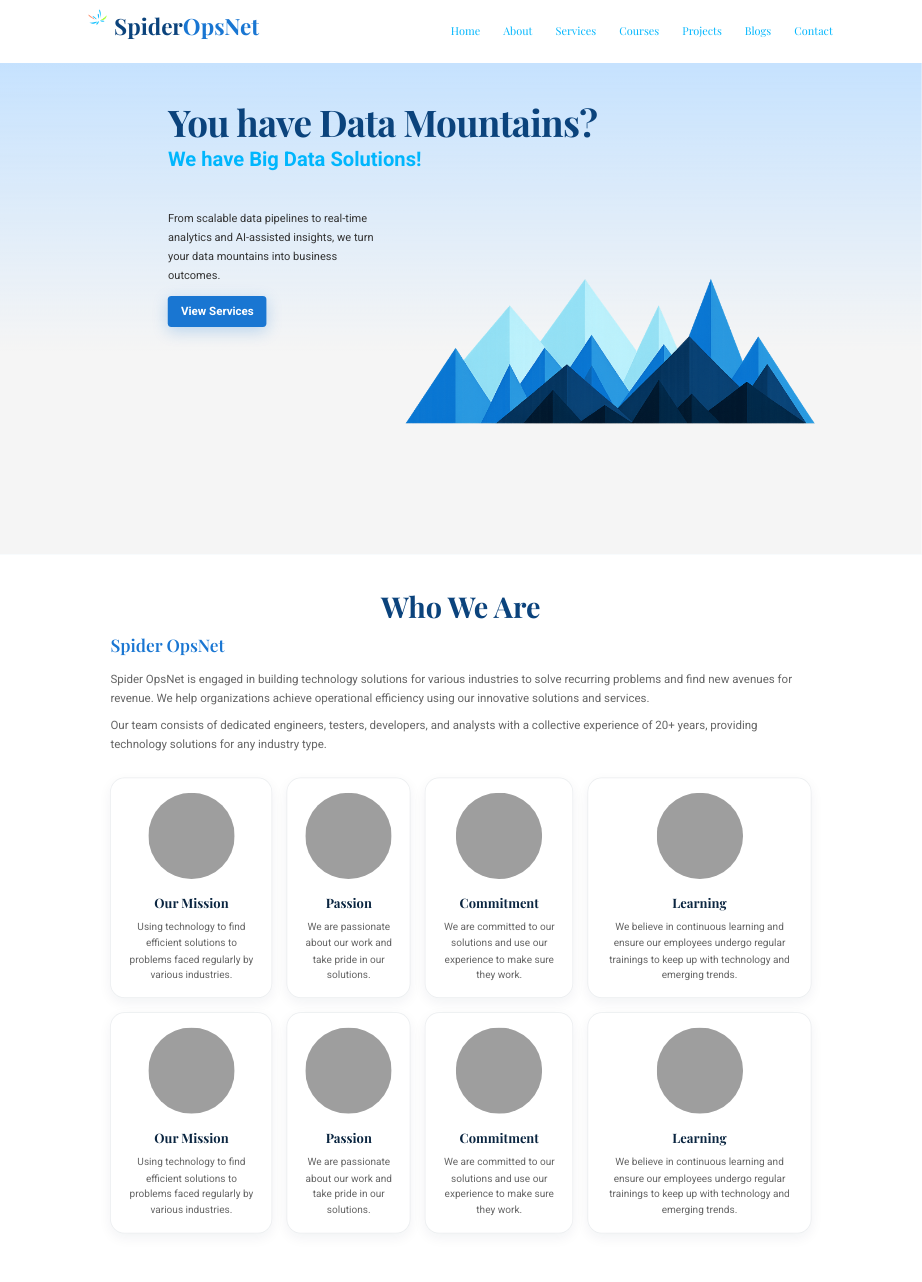
Repository: Yeshwanth-189/spiderOpsNet
Page: / (app in spideropsnet-frontend/)
The author's editor kept a copy of each file at every save. The page is drawn from the files as they stood at one save, then again after the next save.
The browser window is 1280 px wide. The pictures show the whole page, at 72% of full size.
Pictures or frames that could not be fetched are drawn as grey boxes. The project was rebuilt for these pictures with package versions that can differ from the ones it lists, and the page was loaded fresh each time. Also part of the build but not shown: spideropsnet-frontend/vite.config.js.

Above is the page before, as saved 2025-09-04 15:59:22.

After the next save:
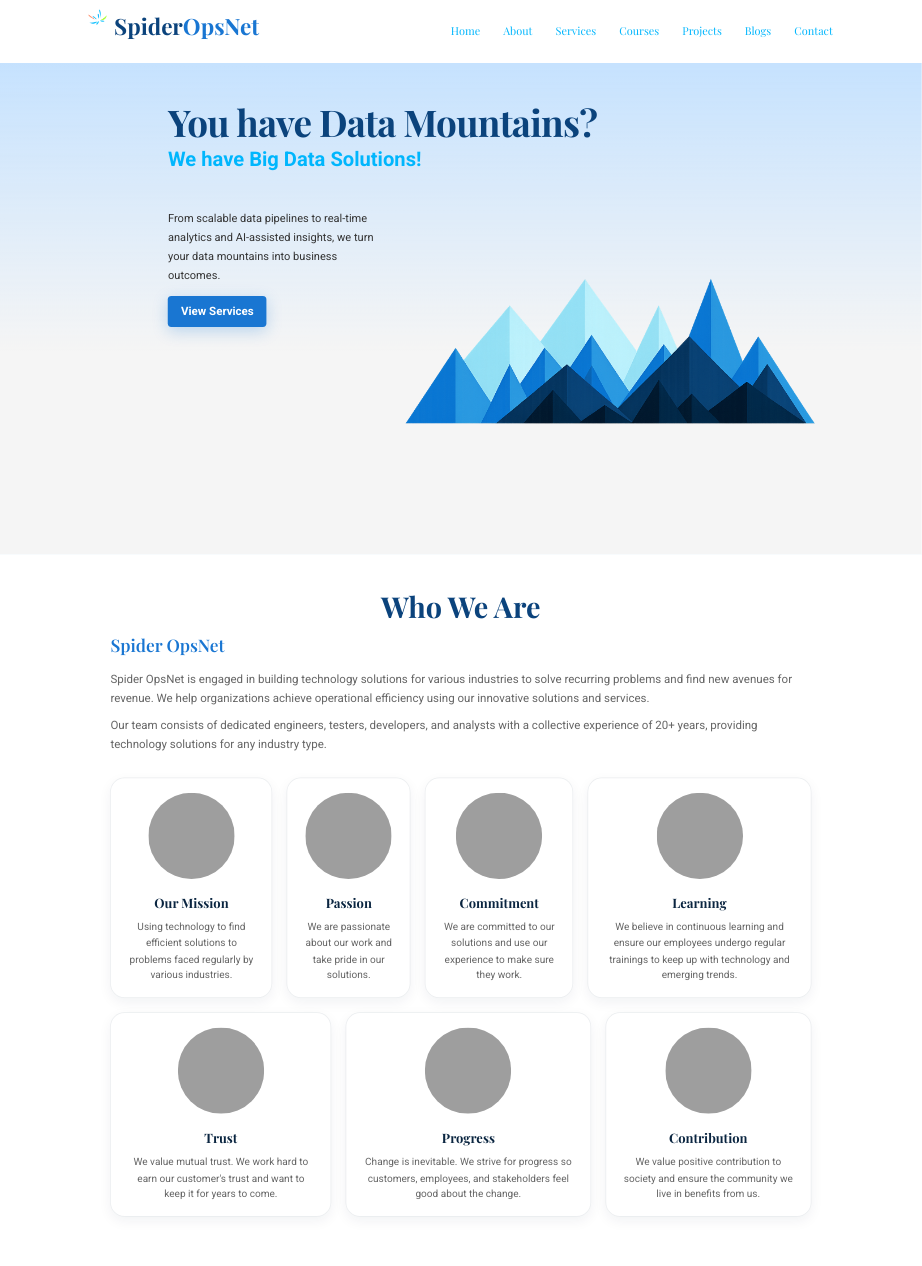
Saved 14 s later.
--- a/spideropsnet-frontend/src/components/About.jsx
+++ b/spideropsnet-frontend/src/components/About.jsx
@@ -114,7 +114,7 @@ export default function AboutUs() {
             className="cards-grid cards-row row-1"
             variants={containerVariants}
           >
-            {aboutItems.slice(0, 4).map((item) => (
+            {aboutItems.slice(4).map((item) => (
               <motion.article
                 className="card"
                 key={item.title}
